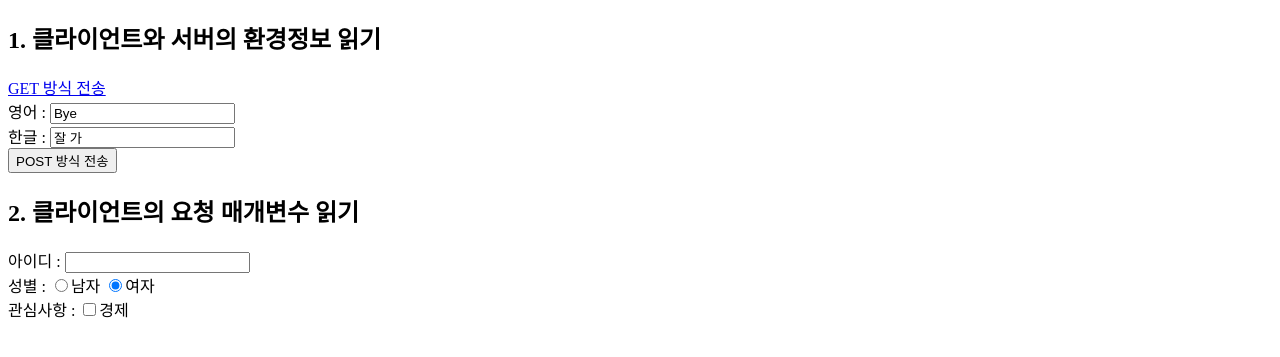
Repository: devgolol/JSP-_Servlet
Page: http://localhost/MustHaveJSP/02ImplicitObject/RequestMain.jsp
An editor plug-in stored every save of this project. The page is shown before and after the next save, followed by the edit.
The browser window is 1280 px wide. The pictures show the whole page.
The page is served by Tomcat 10. Other server files are loaded and not shown.

Above is the page before, as saved 2025-05-02 05:47:18.

### MustHaveJSP/src/main/webapp/02ImplicitObject/RequestMain.jsp
<%@ page language="java" contentType="text/html; charset=UTF-8"
    pageEncoding="UTF-8"%>
<!DOCTYPE html>
<html>
<head>
<meta charset="UTF-8">
<title>내장 객체 - request</title>
</head>
<body>
	<h2>1. 클라이언트와 서버의 환경정보 읽기</h2>
	<a href = "./RequestWebInfo.jsp?eng=Hello&han=안녕">
	GET 방식 전송
	</a>
	<br/>
	<form action="RequestWebInfo.jsp" method="post">
		영어 : <input type="text" name= "eng" value="Bye"/><br/>
		한글 : <input type="text" name= "han" value="잘 가"/><br/>
		<input type="submit" value="POST 방식 전송"/>
	</form>


	<h2>2. 클라이언트의 요청 매개변수 읽기</h2>


	<form action="RequestParameter.jsp" method="post">
	아이디 : <input type="text" name="id" value=""/><br/>
	성별 : <input type="radio" name="sex" value="man"/>남자
	<input type="radio" name="sex" value="woman" checked="checked"/>여자
	<br/>
	관심사항 :
	<input type="checkbox" name=favo value="eco"/>경제



	</form>

</body>
</html>

After the next save:
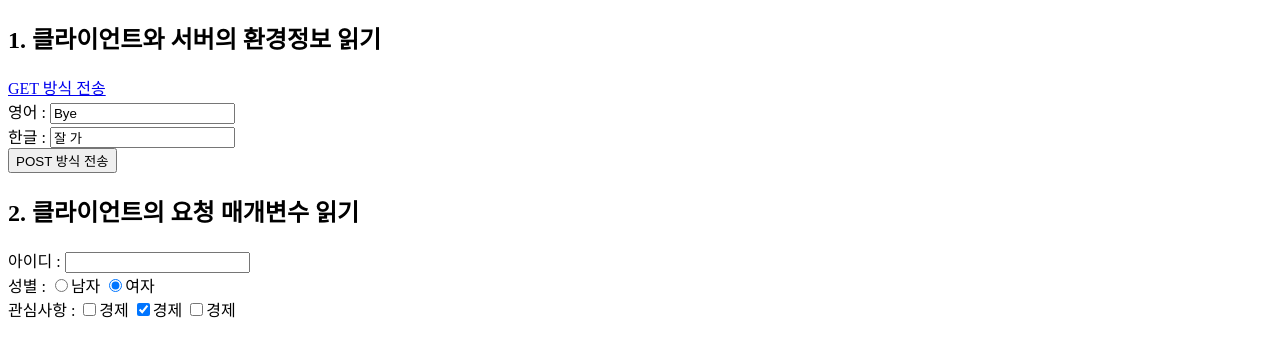
Saved 13 s later.
--- a/MustHaveJSP/src/main/webapp/02ImplicitObject/RequestMain.jsp
+++ b/MustHaveJSP/src/main/webapp/02ImplicitObject/RequestMain.jsp
@@ -29,6 +29,8 @@
 	<br/>
 	관심사항 :
 	<input type="checkbox" name=favo value="eco"/>경제
+	<input type="checkbox" name=favo value="pol" checked="checked"/>경제
+	<input type="checkbox" name=favo value="eco"/>경제
 
 
 
